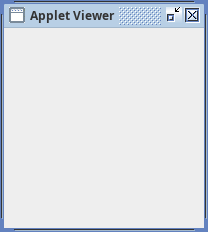
Repository: ArtixFox/SchoolWork
Program's window: java SchoolApplets/src/com/adsb/school/Applets/Applet1.java
An editor plug-in stored every save of this project. The program's window is shown before and after the next save, followed by the edit.
It runs on Java 21 on a 1366 x 768 screen with the Metal look.

Above is the program's window before, as saved 2015-03-26 20:23:49.

After the next save:
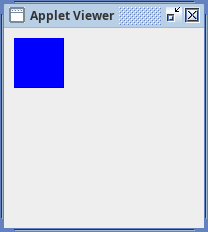
Saved 3 min 31 s later.
--- a/SchoolApplets/src/com/adsb/school/Applets/Applet1.java
+++ b/SchoolApplets/src/com/adsb/school/Applets/Applet1.java
@@ -1,13 +1,20 @@
 package com.adsb.school.Applets;
 
-import java.awt.*;
+
 import java.applet.*;
-
+import java.awt.Graphics;
+import java.awt.Color;
 
 public class Applet1 extends Applet {
 
-	public void init(){
+	private static final long serialVersionUID = -1994206097564841540L;
+
+	public void paint(Graphics g){
+
+		g.setColor(Color.BLUE);
+		g.fill3DRect(10, 10, 50, 50, true);
 
 	}
 
+
 }
